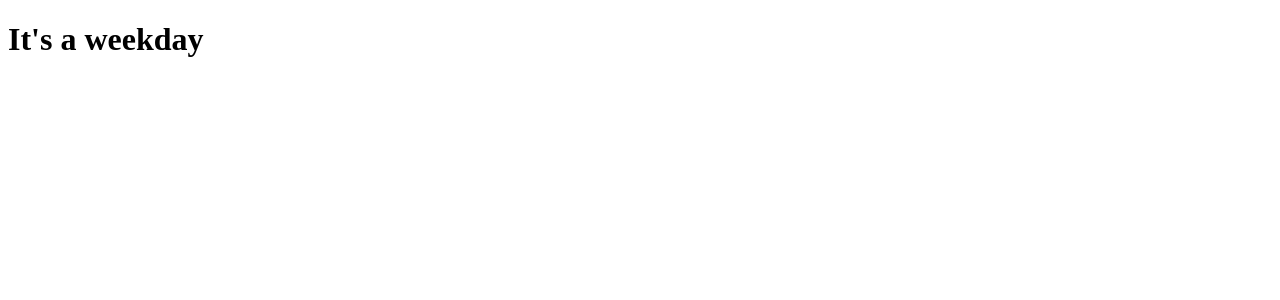
Repository: DESTINYAS/ToDo-List
Page: http://localhost/
An editor plug-in stored every save of this project. The page is shown before and after the next save, followed by the edit.
The browser window is 1280 px wide. The pictures show the whole page.
The page is served by the project's Node server (app.js).

Above is the page before, as saved 2022-08-23 15:20:37.

### views/list.ejs
<!DOCTYPE html>
<html lang="en">
  <head>
    <meta charset="UTF-8" />
    <meta http-equiv="X-UA-Compatible" content="IE=edge" />
    <meta name="viewport" content="width=device-width, initial-scale=1.0" />
    <title>To do list</title>
  </head>
  <body>
    <h1>It's a <%= kindOfDay %></h1>
  </body>
</html>

### app.js
const express = require("express");
const bodyParser = require("body-parser");

const app = express();

app.set("view engine", "ejs");

app.get("/", function (req, res) {
  const today = new Date();
  var currentDay = today.getDate();
  var day = "";
  if (currentDay === 6 || currentDay === 0) {
    day = "weekend";
  } else {
    day = "weekday";
  }
  res.render("list", { kindOfDay: day });
});

app.listen(3000, function () {
  console.log("server started at port 3000");
});

After the next save:
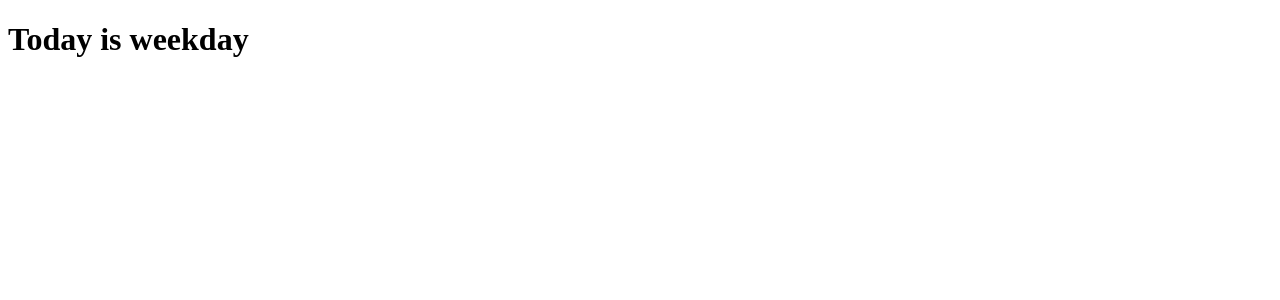
Saved 3 min 1 s later.
--- a/views/list.ejs
+++ b/views/list.ejs
@@ -7,6 +7,6 @@
     <title>To do list</title>
   </head>
   <body>
-    <h1>It's a <%= kindOfDay %></h1>
+    <h1>Today is <%= kindOfDay %></h1>
   </body>
 </html>
